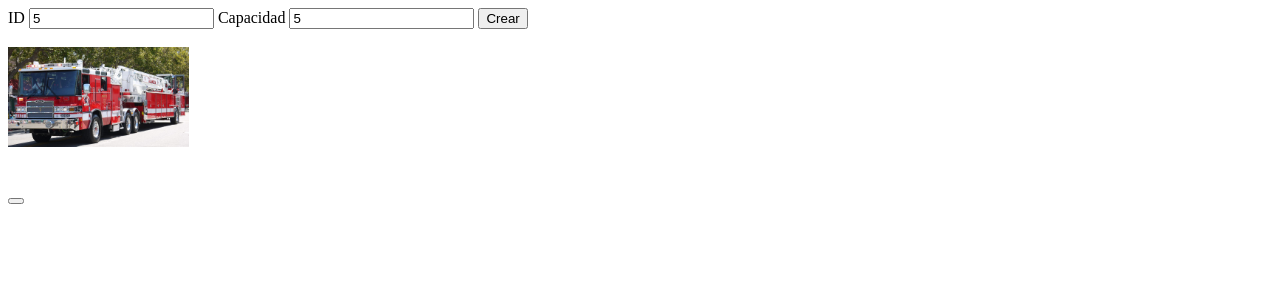
Repository: Robin-Rivadeneira/prueva_pablo
Page: index.html
An editor plug-in stored every save of this project. The page is shown before and after a run of saves, followed by the edit.
The browser window is 1280 px wide. The pictures show the whole page.
Empty fields were first filled with sample values (such as "Sample", 5 or name@example.com).
After loading, the first visible `button` was clicked once.

Above is the page before, as saved 2020-01-16 20:16:07.

After the next 2 saves:
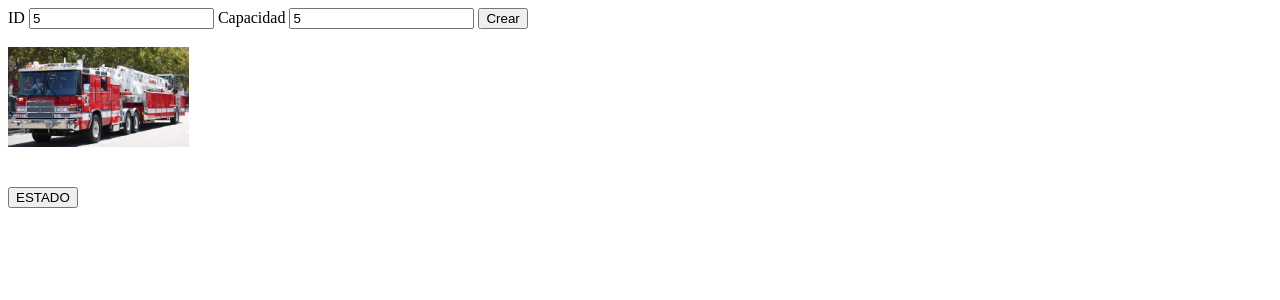
The 2 saves are shown as one change because they came seconds apart.
The last was saved 27 s later.
--- a/js/Motobomba.js
+++ b/js/Motobomba.js
@@ -40,7 +40,7 @@ class Motobomba {
         console.log(this.id)
         console.log(this.capacidad)
         document.getElementById('img').innerHTML='<img src="img/camion.jpg" windth="130px" height="100px">'
-        document.getElementById('pintar').innerHTML='<button type="button"  value="Estado" id="boton" onclick="moto.toString()">'
+        document.getElementById('pintar').innerHTML='<button type="button"  value="Estado" id="boton" onclick="moto.toString()">ESTADO</button>'
     }
 }
 
